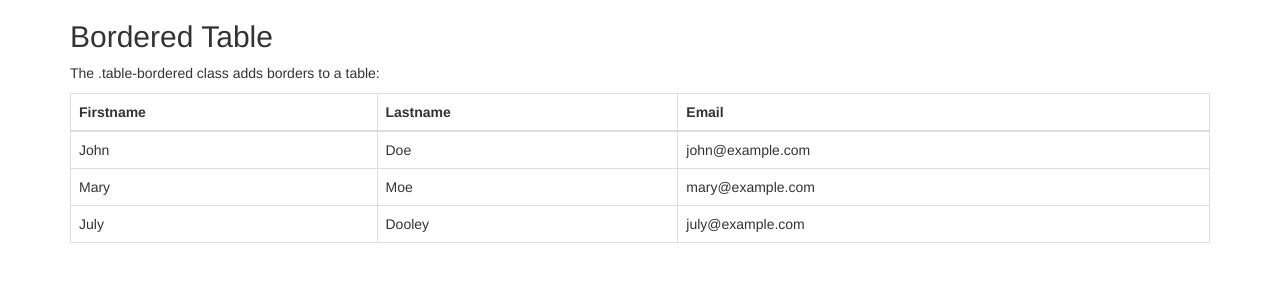
Repository: Karthi-Mano/AdvanceJavaPrograms
Page: http://localhost/BootStrapApp/homepage.jsp
These files come from the project's save history. The page is drawn as it stood at one moment and after the next save; the edit follows.
The browser window is 1280 px wide. The pictures show the whole page.
The page is served by Tomcat 9.

Above is the page before, as saved 2018-03-28 07:07:51.

After the next save:
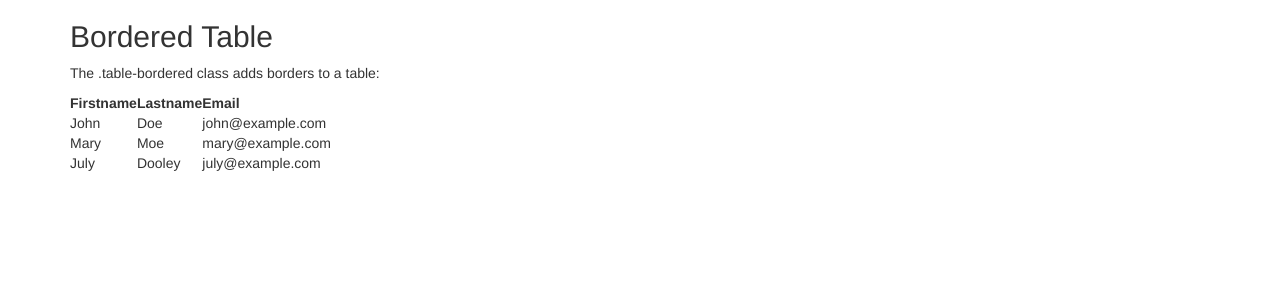
Saved 18 s later.
--- a/BootStrapApp/WebContent/homepage.jsp
+++ b/BootStrapApp/WebContent/homepage.jsp
@@ -13,7 +13,7 @@
 <div class="container">
   <h2>Bordered Table</h2>
   <p>The .table-bordered class adds borders to a table:</p>
-  <table class="table table-bordered">
+  <table>
     <thead>
       <tr>
         <th>Firstname</th>

After the save that followed:
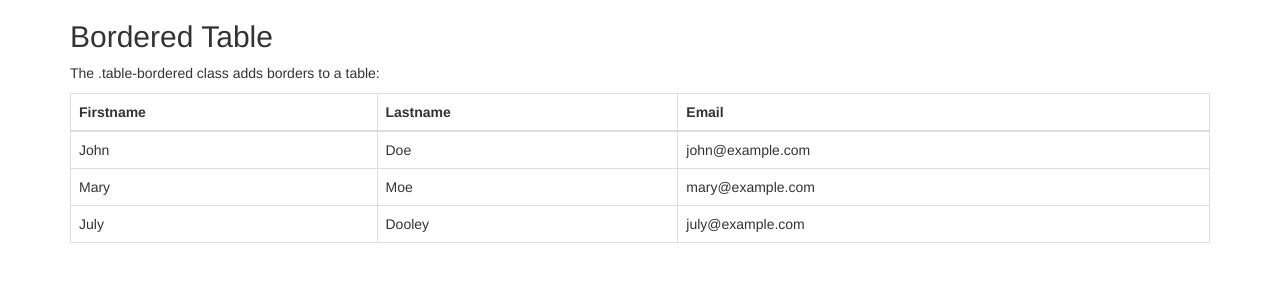
Saved 8 s later.
--- a/BootStrapApp/WebContent/homepage.jsp
+++ b/BootStrapApp/WebContent/homepage.jsp
@@ -13,7 +13,7 @@
 <div class="container">
   <h2>Bordered Table</h2>
   <p>The .table-bordered class adds borders to a table:</p>
-  <table>
+  <table class="table table-bordered">
     <thead>
       <tr>
         <th>Firstname</th>
